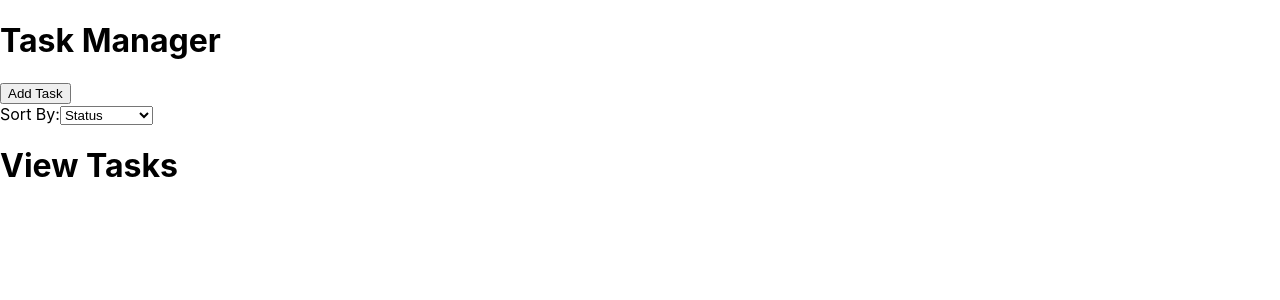
Repository: n-shen/task-tracker
Page: / (app in frontend/)
The author's editor kept a copy of each file at every save. The page is drawn from the files as they stood at one save, then again after the next save.
The browser window is 1280 px wide. The pictures show the whole page.
The project was rebuilt for these pictures with package versions that can differ from the ones it lists, and the page was loaded fresh each time. Also part of the build but not shown: frontend/src/components/taskManager/addTask.jsx, frontend/src/components/tasks/editTasks.jsx, frontend/src/components/tasks/deleteTasks.jsx, frontend/src/components/tasks/task.jsx.

Above is the page before, as saved 2023-04-19 01:32:56.

After the next save:
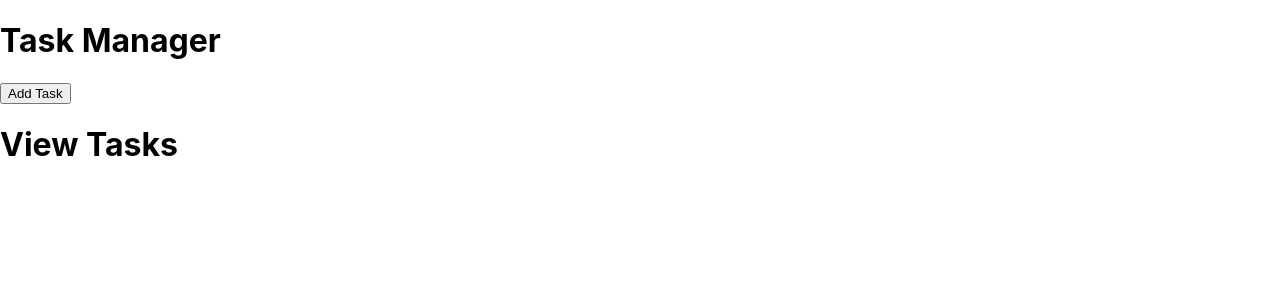
Saved 3 min 4 s later.
--- a/frontend/src/components/taskManager/manager.jsx
+++ b/frontend/src/components/taskManager/manager.jsx
@@ -46,9 +46,9 @@
     setShowDeleteTask(false);
   };
 
-  const handleSortChange = (e) => {
-    setSortBy(e.target.value);
-  };
+  // const handleSortChange = (e) => {
+  //   setSortBy(e.target.value);
+  // };
 
   const sortedTasks = sortTasks(tasks, sortBy);
 
@@ -66,14 +66,14 @@
         {showAddTask && <AddTaskForm onAdd={handleAddTask} />}
       </div>
       <div>
-        <label>Sort By:</label>
+        {/* <label>Sort By:</label>
         <select value={sortBy} onChange={handleSortChange}>
           <option value="">select</option>
           <option value="title">Title</option>
           <option value="status">Status</option>
           <option value="dateAdded">Date Added</option>
           <option value="dueDate">Due Date</option>
-        </select>
+        </select> */}
       </div>
       <div>
         <ViewTasks

After the 4 saves that followed:
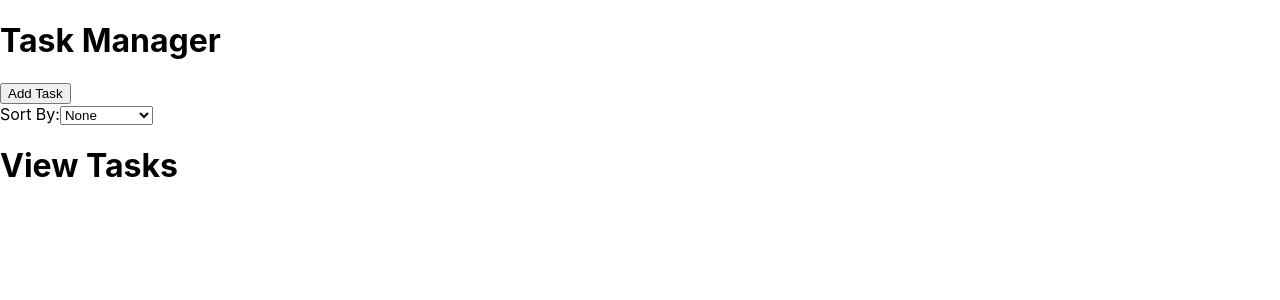
The 4 saves are shown as one change because 2 did not build or start and some came seconds apart.
The last was saved 2 min 45 s later.
--- a/frontend/src/components/taskManager/manager.jsx
+++ b/frontend/src/components/taskManager/manager.jsx
@@ -2,8 +2,9 @@
 import AddTaskForm from "./addTask";
 import EditTaskForm from "../tasks/editTasks";
 import DeleteTaskButton from "../tasks/deleteTasks";
-import sortTasks from "./sortTasks";
+// import sortTasks from "./sortTasks";
 import ViewTasks from "./viewTasks";
+import TaskList from "../tasks/taskLists";
 
 const TaskManager = () => {
   const [tasks, setTasks] = useState([]);
@@ -11,7 +12,7 @@
   const [showEditTask, setShowEditTask] = useState(false);
   const [showDeleteTask, setShowDeleteTask] = useState(false);
   const [selectedTask, setSelectedTask] = useState({});
-  const [sortBy, setSortBy] = useState("status");
+  // const [sortBy, setSortBy] = useState("status");
 
   useEffect(() => {
     const tasksFromLocalStorage = localStorage.getItem("tasks");
@@ -50,7 +51,7 @@
   //   setSortBy(e.target.value);
   // };
 
-  const sortedTasks = sortTasks(tasks, sortBy);
+  // const sortedTasks = sortTasks(tasks, sortBy);
 
   const toggleAddTask = () => setShowAddTask(!showAddTask);
 
@@ -66,6 +67,14 @@
         {showAddTask && <AddTaskForm onAdd={handleAddTask} />}
       </div>
       <div>
+        <TaskList
+          tasks={tasks}
+          onEditTask={setSelectedTask}
+          onDeleteTask={setSelectedTask}
+          toggleEditTask={toggleEditTask}
+          toggleDeleteTask={toggleDeleteTask}
+        />
+
         {/* <label>Sort By:</label>
         <select value={sortBy} onChange={handleSortChange}>
           <option value="">select</option>
@@ -77,7 +86,9 @@
       </div>
       <div>
         <ViewTasks
-          tasks={sortedTasks}
+          tasks={
+            tasks
+          }
           onEditTask={setSelectedTask}
           onDeleteTask={setSelectedTask}
           toggleEditTask={toggleEditTask}
